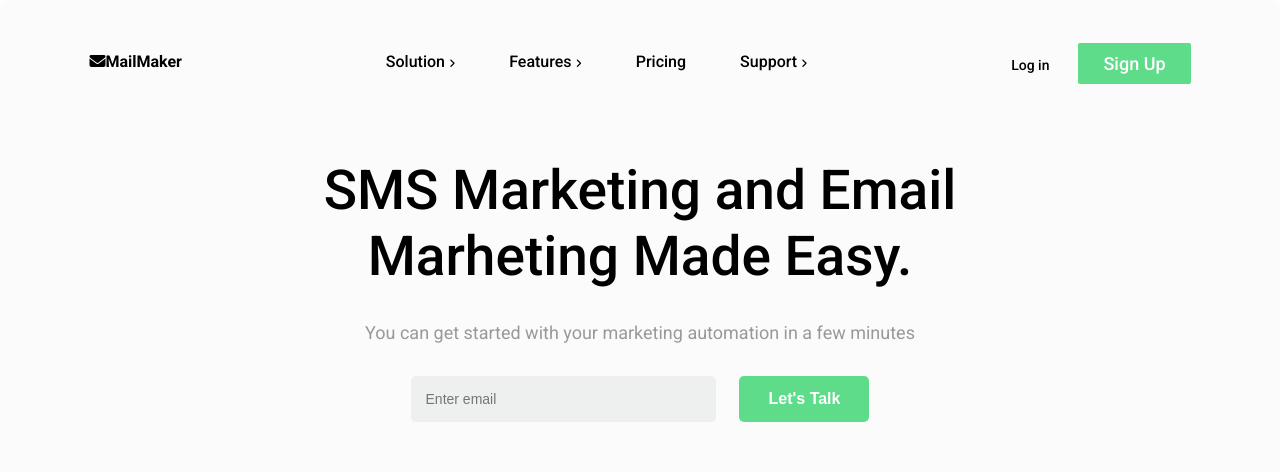
Repository: phanhuy16/Folder
Page: sign/index.html
The author's editor kept a copy of each file at every save. The page is drawn from the files as they stood at one save, then again after the next save.
The browser window is 1280 px wide. The pictures show the part of the page from y = 0 to 472 px (the page is 1936 px tall).
Pictures or frames that could not be fetched are drawn as grey boxes.

Above is the page before, as saved 2023-05-02 08:53:16.

### sign/index.html
<!DOCTYPE html>
<html lang="en">
<head>
    <meta charset="UTF-8">
    <meta http-equiv="X-UA-Compatible" content="IE=edge">
    <meta name="viewport" content="width=device-width, initial-scale=1.0">
    <link rel="preconnect" href="https://fonts.googleapis.com">
    <link rel="preconnect" href="https://fonts.gstatic.com" crossorigin>
    <link href="https://fonts.googleapis.com/css2?family=Roboto:wght@300;400;500;700&display=swap" rel="stylesheet">
    <link rel="stylesheet" href="./fontawesome-free-6.4.0-web/css/all.css">
    <title>Marketing</title>
    <link rel="stylesheet" href="./main.css/reset.css">
    <link rel="stylesheet" href="./main.css/style.css">
</head>
<body>
    <div class="container">
        <div class="header">
            <div class="header-logo">
                <a href="#" class="logo">
                    <i class="fa-solid fa-envelope"></i>MailMaker
                </a>
            </div>
            <div class="header-item">
                <a href="#" class="header-list">Solution <i class="fa-solid fa-angle-right"></i></a>
                <a href="#" class="header-list">Features <i class="fa-solid fa-angle-right"></i></a>
                <a href="#" class="header-list">Pricing</a>
                <a href="#" class="header-list">Support <i class="fa-solid fa-angle-right"></i></a>
            </div>
            <div class="header-socal">
                <a href="#" class="header-login">Log in</a>
                <a href="#" class="header-signup">Sign Up</a>
            </div>
        </div>

        <div class="header-title">
            <h1 class="heading">
                SMS Marketing and Email<br>Marheting Made Easy.
            </h1>
            <p class="text">
                You can get started with your marketing automation in a few minutes
            </p>
            <form action="#" class="signup-from" autocomplete="off">
                <input class="form-control" type="email" name="name" id="email" placeholder="Enter email">
                <button type="submit" class="button-talk">Let's Talk</button>
            </form>
            <img src="https://cdn.dribbble.com/userupload/6610642/file/original-cb7c13c35237c2201668f350ce28dc98.jpg?compress=1&resize=1200x1200" alt="" class="img-boy">
        </div>

        <div class="app">
           <a href="#" class="app-link"><i class="fa-solid fa-earth-americas row"></i><span>Upwork</span></a>
           <a href="#" class="app-link"><i class="fa-brands fa-windows row"></i><span>Warner Bros</span></a>
           <a href="#" class="app-link"><i class="fa-brands fa-github row"></i><span>Woocommerce</span></a>
           <a href="#" class="app-link"><i class="fa-solid fa-cannabis row"></i><span>Canva</span></a>
        </div>

        <div class="solution">
            <h2 class="solution-heading">
                Inbound marketing solutions for<br>what do you need to do
            </h2>
            <div class="solution-list">
                <a href="#" class="solution-link">
                    <i class="fa-brands fa-codepen wid"></i>
                    <p class="nameicon">Enterprise</p>
                </a>
                <a href="#" class="solution-link">
                    <i class="fa-regular fa-comment-dots wid"></i>
                    <p class="nameicon">SMS and self</p>
                </a>
                <a href="#" class="solution-link">
                    <i class="fa-regular fa-note-sticky wid"></i>
                    <p class="nameicon">Agencies</p>
                </a>
                <a href="#" class="solution-link">
                    <i class="fa-solid fa-house-laptop wid"></i>
                    <p class="nameicon">Institution</p>
                </a>
            </div>

            <div class="content">
                <div class="content-itemone">
                    <h3 class="content-headinged">SMEs and self-employed</h3>
                    <p class="content-text">
                        A tool like Acumbamail is very useful for SMEs and self-emloyed workers due to its ease of use to manage your campaigns from a single platform, without the need for a large team to carry them out.
                    </p>
                    <button class="content-button">Find Out More</button>
                </div>
                <div class="content-itemtwo">
                    <h3 class="content-heading">GetResponse helps me run my business</h3>
                    <p class="content-text">
                        I've been with them for a long time and I'm not going anywhere. I love GetResponse's tracking, stats and features.
                    </p>
                    <span class="author">Nick Nilsson</span>
                    <span class="author-name">BetterU, Inc</span>
                </div>
            </div>
        </div>
    </div>
</body>
</html>

### sign/main.css/reset.css
* {
    margin: 0;
    padding: 0;
    border: 0;
    font-size: 16px;
}

ol, ul {
    list-style: none;
}

a {
    text-decoration: none;
}

### sign/main.css/style.css
* {
    box-sizing: inherit;
}
html {
    font-family: 'Roboto', sans-serif;
    line-height: 1.5;
    font-size: 62.5%;
    box-sizing: border-box;
}

body {
    overflow-x: hidden;
    color: black;
    display: flex;
    justify-content: center;
    background-color: white;
}

img {
    display: block;
    max-width: 100%;
}

.container {
    width: 100%;
    max-width: 1400px;
    max-height: 100%;
    background-color: #FBFBFB;
    border-radius: 10px;
}

.header {
    display: flex;
    justify-content: space-around;
    margin-top: 50px;
}

.logo {
    font-size: 16px;
    font-weight: bold;
    color: black;
    flex-wrap: nowrap;
}

.header-list {
    padding: 0 25px;
    color: black;
    font-weight: 500;
}

.header-login {
    margin-right: 25px;
    color: black;
    font-size: 14px;
    font-weight: 500;
}

.header-login:hover {
    box-shadow: 0px 0px 5px 5px #999;
}

.header-signup {
    font-size: 18px;
    font-weight: 500;
    color: white;
    padding: 10px 25px;
    background: #5EDC8A;
    border-radius: 2px;
}

.header-signup:hover {
    box-shadow: 0px 0px 5px 5px #5EDC8A;
}

.fa-angle-right {
    font-size: 10px;
}

.header-title {
    text-align: center;
    margin-top: 80px;
}
.heading {
    font-size: 55px;
    font-weight: 500;
    line-height: 1.2;
    display:-webkit-box;
    -webkit-line-clamp: 2;
    -webkit-box-orient: vertical;
    overflow: hidden;
    text-overflow: ellipsis;
    word-break: break-word;
}

.text {
    color: #999;
    font-size: 18px;
    margin: 30px;
}

.form-control {
    padding: 15px;
    background-color: rgb(238,240,239);
    font-size: 14px;
    border-radius: 5px;
    width: 305px;
    margin-right: 10px;
    outline: none;
}

.button-talk {
    width: 130px;
    padding: 14px;
    background-color: #5EDC8A;
    color: white;
    font-weight: bold;
    margin-left: 10px;
    cursor: pointer;
    border-radius: 5px;
}

.button-talk:hover {
    box-shadow: 0px 0px 5px 5px #5EDC8A;
}

.img-boy {
    width: 830px;
    height: 500px;
    display: block;
    margin: 0 auto;
    border: 3px solid black;
    border-radius: 10px;
    margin-top: 50px;
    margin-bottom: 100px;
    cursor: pointer;
}

.app {
    display: flex;
    align-items: center;
    justify-content: space-evenly;
    border-top: 1px solid rgb(238,240,239);
    padding: 65px 0;
    border-bottom: 1px solid rgb(238,240,239);
}

.app-link span {
    color: #57545d;
    font-weight: 400;
    font-size: 25px;
    padding-left: 10px;
}

.row {
    font-size: 18px;
    padding: 15px;
    border-radius: 100rem;
    margin-right: 10px;
}

.fa-earth-americas {
    background-color: #5EDC8A;
    color: white;
    border: 1px solid #5EDC8A;
}

.fa-windows {
    background-color: dodgerblue;
    color: white;
    border: 1px solid dodgerblue;
}

.fa-github {
    background-color: #8054b3;
    color: white;
    border: 1px solid #8054b3;
}

.fa-cannabis {
    background-color: #22bfc8;
    color: white;
    border: 1px solid #22bfc8;
}

.solution {
    margin-top: 100px;
}

.solution-heading {
    text-align: center;
    font-size: 35px;
    font-weight: 500;
    margin-bottom: 60px;
    display:-webkit-box;
    -webkit-line-clamp:2;
    -webkit-box-orient: vertical;
    overflow: hidden;
    text-overflow: ellipsis;
    word-break: break-word;
    position: relative;
}

.solution-list {
    width: fit-content;
    display: flex;
    align-items: center;
    text-align: center;
    background-color: rgb(238,240,239);
    border-radius: 10px;
    margin: 0 auto;
}

.solution-link:hover {
    color: white;
    background-color: #5648cf;
    border-radius: 5px;
}

.solution-link {
    padding: 40px 60px;
}

.nameicon {
    font-size: 18px;
    color: black;
    margin-top: 20px;
}

.wid {
    font-size: 35px;
    color: black;
}

.content {
    display: flex;;
    margin-top: 60px;
    width: 100%;
    padding: 0 250px;
}

.content-itemone {
    padding-right: 50px;
}

.content-itemtwo {
    padding-left: 50px;
}

.content-text {
    font-size: 15px;
    color: #999;
    margin: 15px 0;
    display:-webkit-box;
    -webkit-line-clamp: 4;
    -webkit-box-orient: vertical;
    overflow: hidden;
    text-overflow: ellipsis;
    word-break: break-word;
}

.content-headinged {
    font-size: 20px;
}

Loaded but not shown: sign/fontawesome-free-6.4.0-web/css/all.css (library)

After the next save:
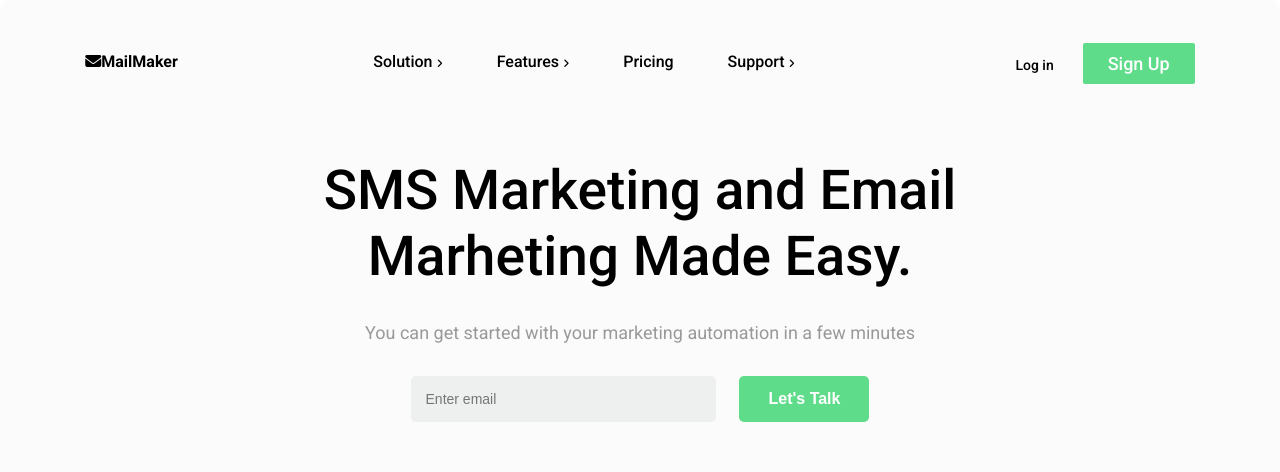
Saved 53 s later.
--- a/sign/main.css/style.css
+++ b/sign/main.css/style.css
@@ -49,7 +49,7 @@
 }
 
 .header-login {
-    margin-right: 25px;
+    padding: 10px 25px;
     color: black;
     font-size: 14px;
     font-weight: 500;
